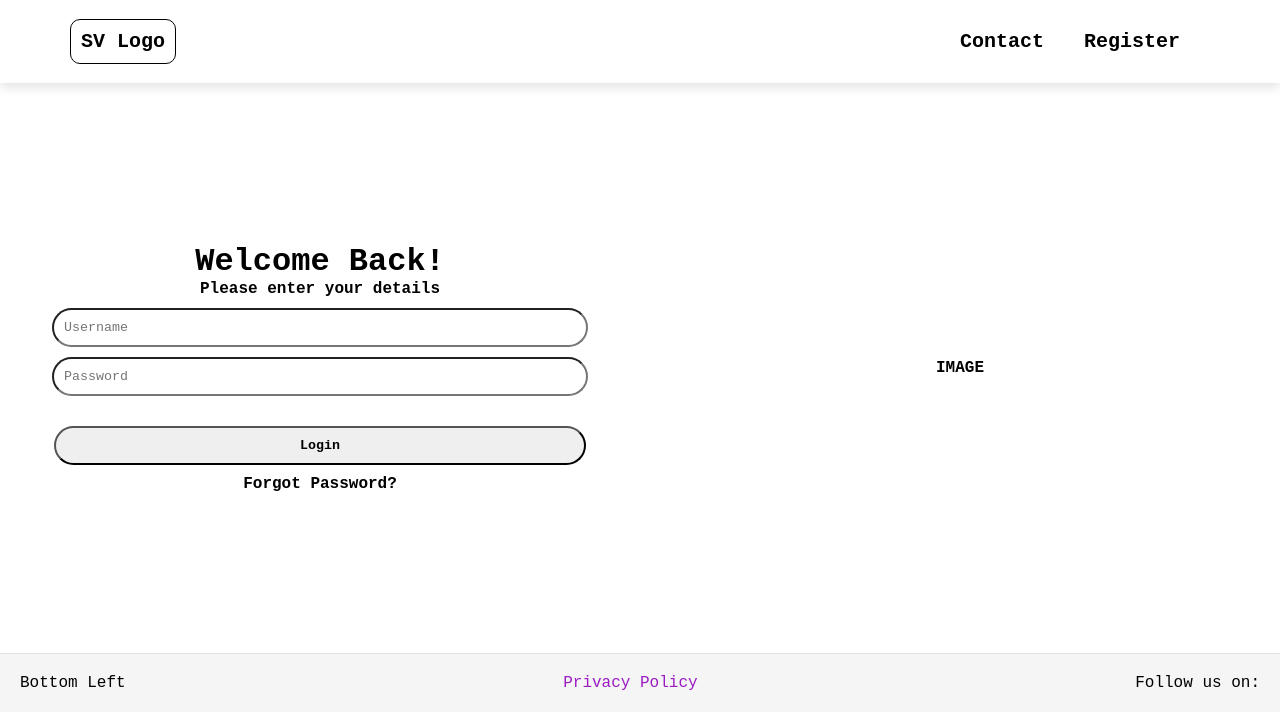
Repository: BuddhimaB/SecureVisionAI
Page: / (app in client/)
These files come from the project's save history. The page is drawn as it stood at one moment and after the next save; the edit follows.
The browser window is 1280 px wide. The pictures show the whole page.
The pointer rests on the first visible `.bottomCenter`.
The project was rebuilt for these pictures with package versions that can differ from the ones it lists, and the page was loaded fresh each time.

Above is the page before, as saved 2024-07-13 19:46:58.

After the next save:
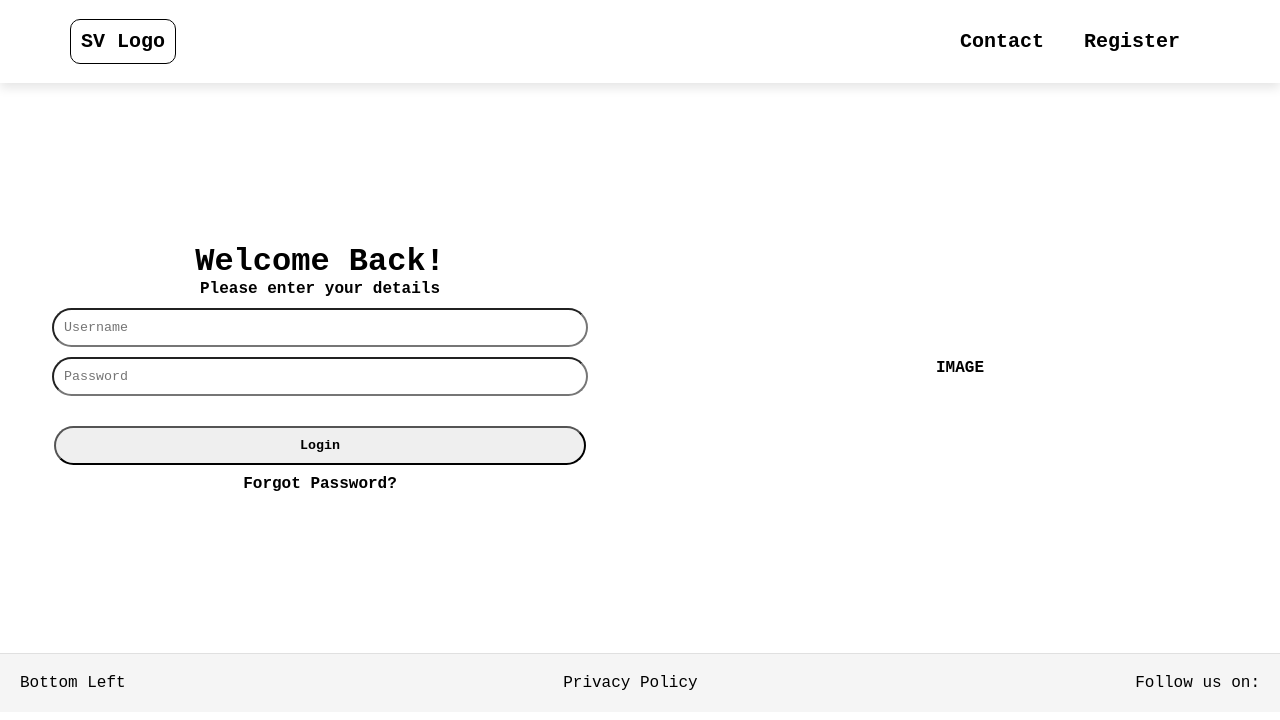
Saved 7 s later.
--- a/client/src/components/BottomDetails/Bottom.css
+++ b/client/src/components/BottomDetails/Bottom.css
@@ -15,5 +15,5 @@
     cursor: pointer;
 }
 .bottomCenter:hover{
-    color: #9b1cc2;
+    text
 }
